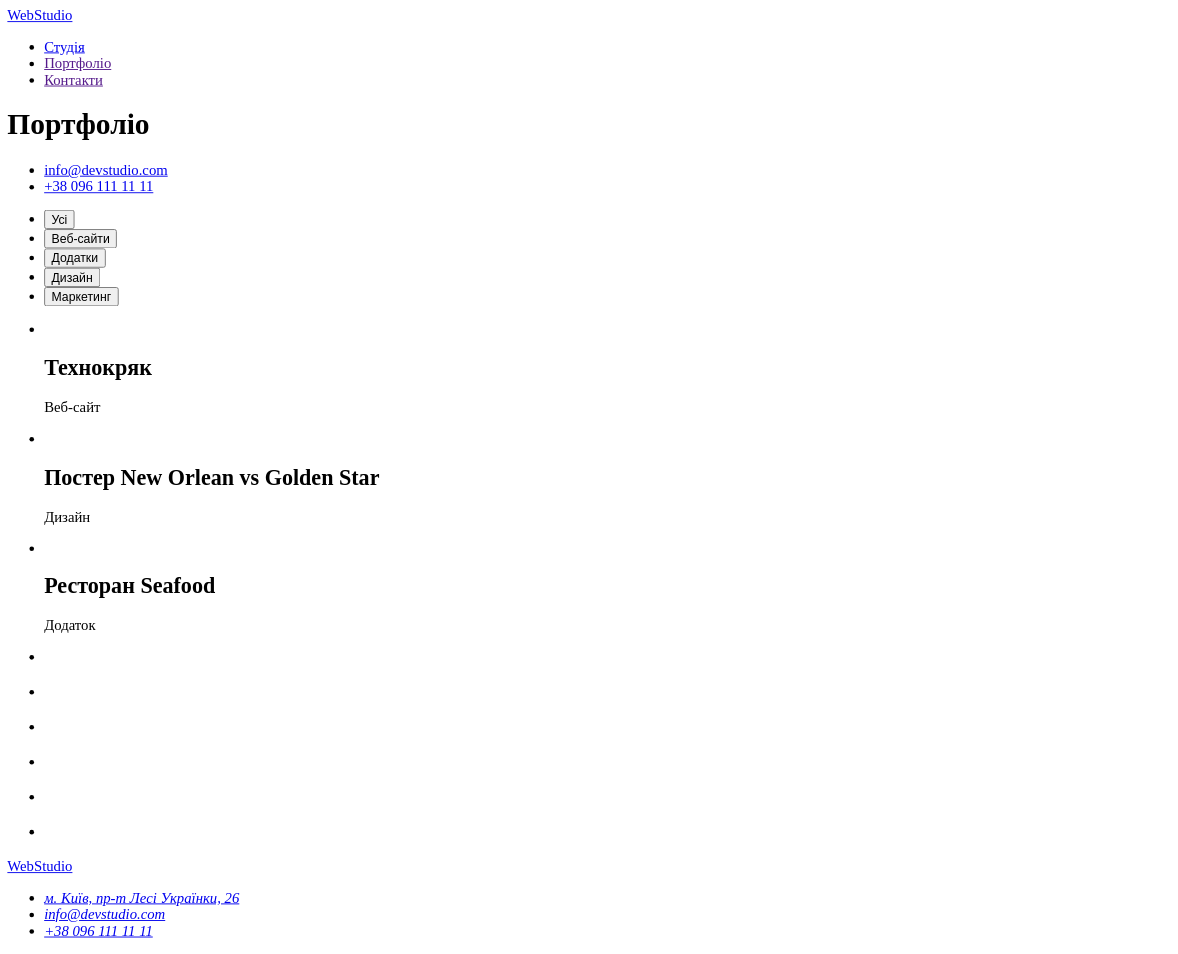
Repository: Mariia2811/goit-markup-hw-03
Page: portfolio.html
An editor plug-in stored every save of this project. The page is shown before and after the next save, followed by the edit.
The browser window is 1280 px wide. The pictures show the whole page, at 92% of full size.

Above is the page before, as saved 2022-11-24 20:00:12.

After the next save:
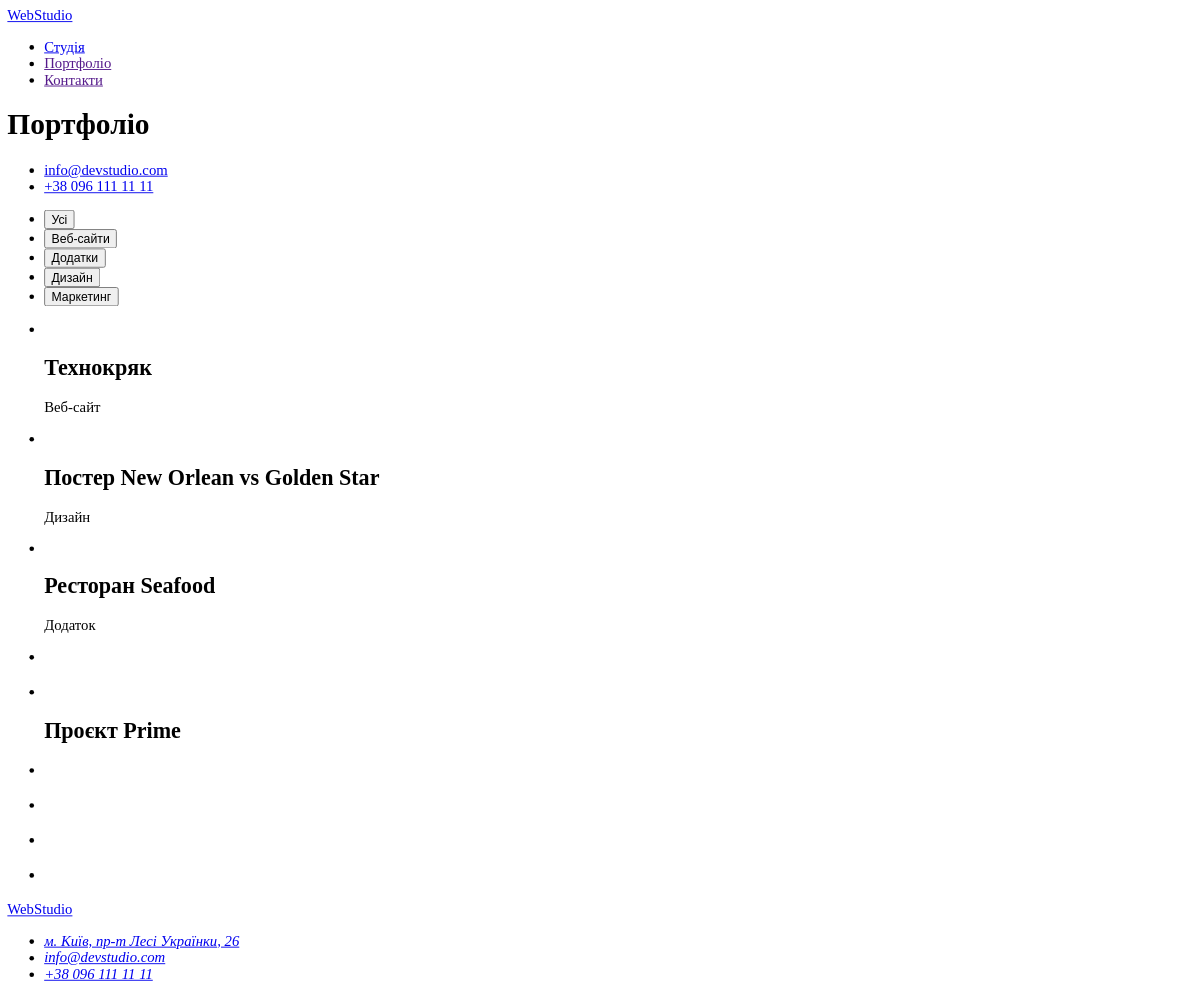
Saved 6 s later.
--- a/portfolio.html
+++ b/portfolio.html
@@ -56,7 +56,7 @@
                 </li>
                 <li>
                     <img src="" alt="">
-                    <h2></h2>
+                    <h2>Проєкт Prime</h2>
                     <p></p>
                 </li>
                 <li>
